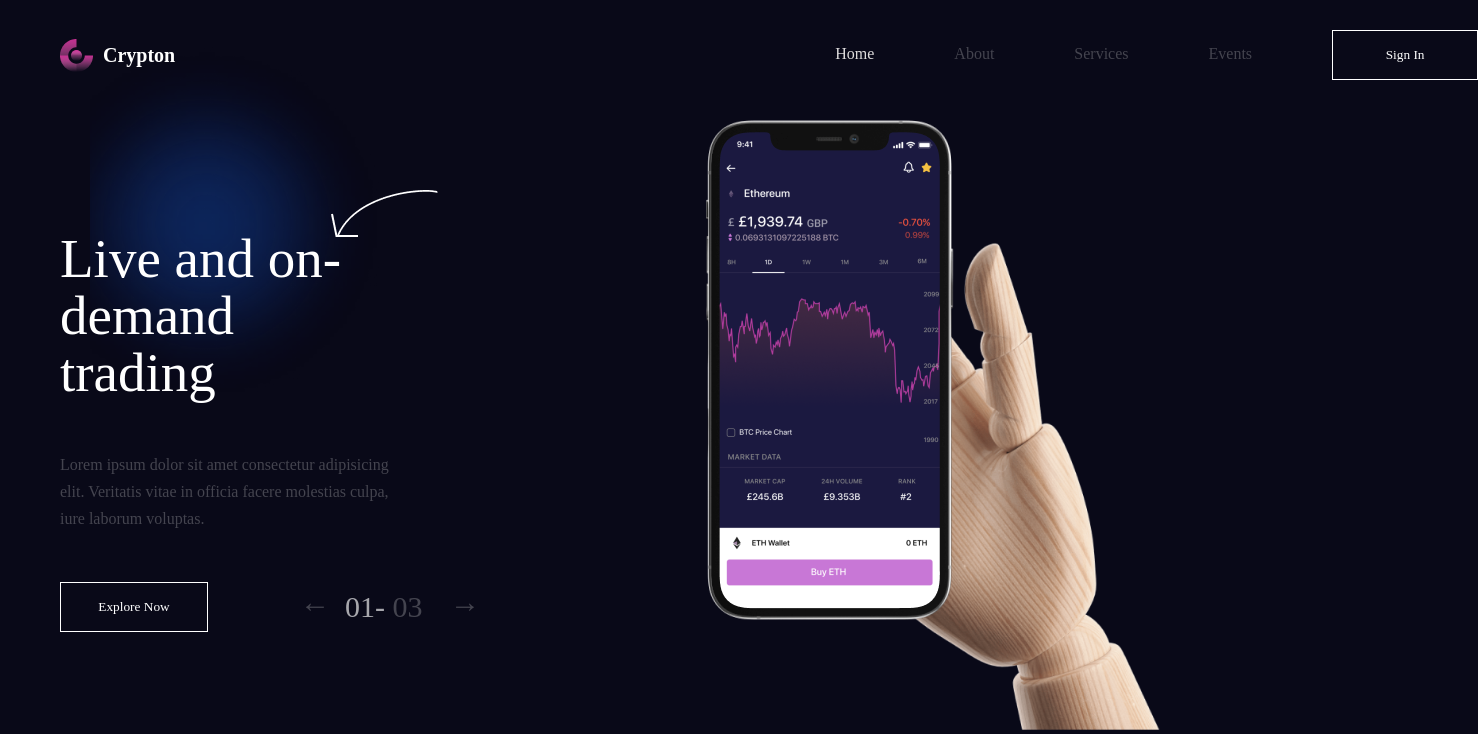
Repository: isaacCodes1/Crypton-Website
Page: index.html
These files come from the project's save history. The page is drawn as it stood at one moment and after a run of saves; the edit follows.
The browser window is 1280 px wide. The page is 1478 px wide, so the pictures cover 1478 px, including what lies to the right of the window. The pictures show the whole page.

Above is the page before, as saved 2024-05-14 20:55:29.

After the next 3 saves:
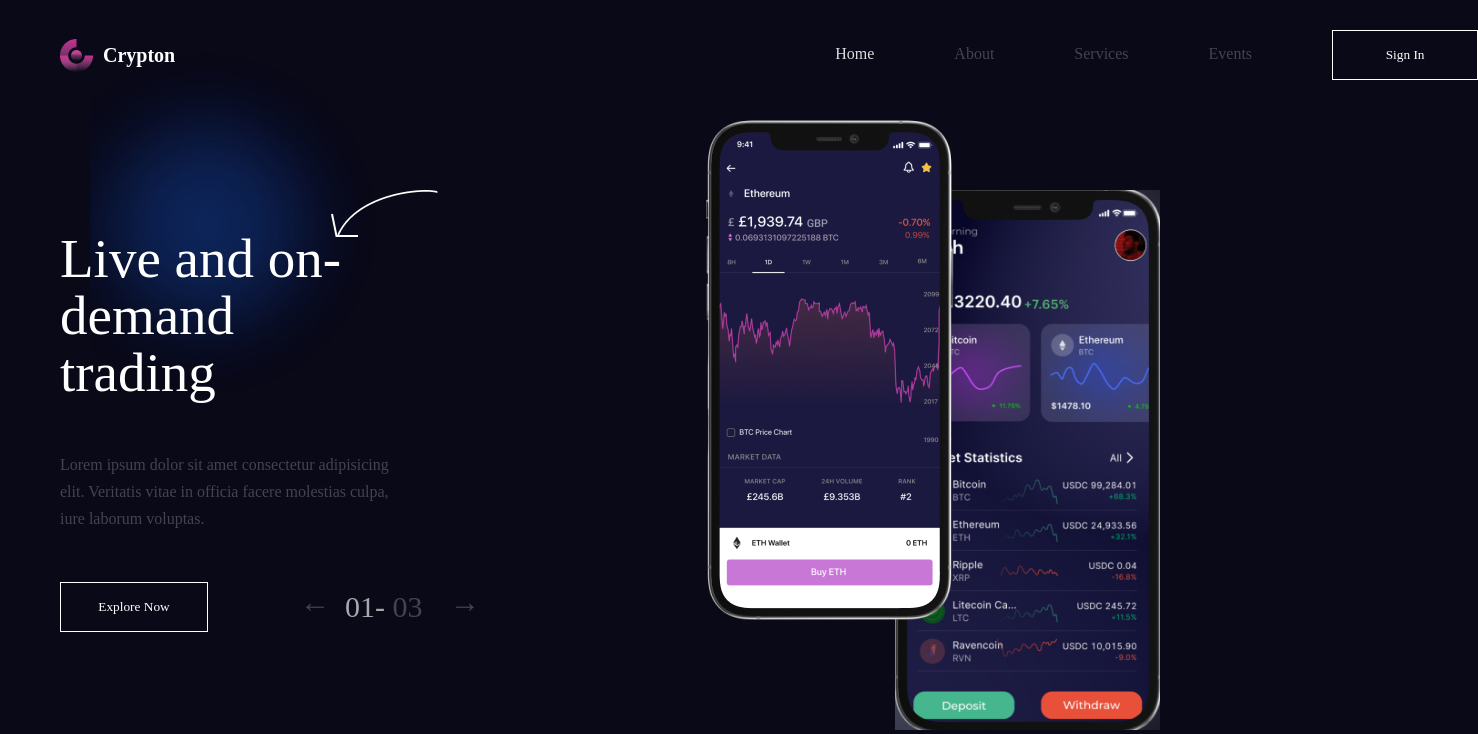
The 3 saves are shown as one change because they came seconds apart.
The last was saved 3 min 34 s later.
--- a/index.html
+++ b/index.html
@@ -44,7 +44,7 @@
         <div class="woodenHand">
           <img class="wood" src="/Assets/iPhone 12 Pro (Wooden Hands).png
           " alt="">
-          <img class="hand" src="/Assets/Hand.png" alt="">
+          <img class="hand" src="/Assets/rabat.png" alt="">
         </div>
       </div>
     </section>

After the save that followed:
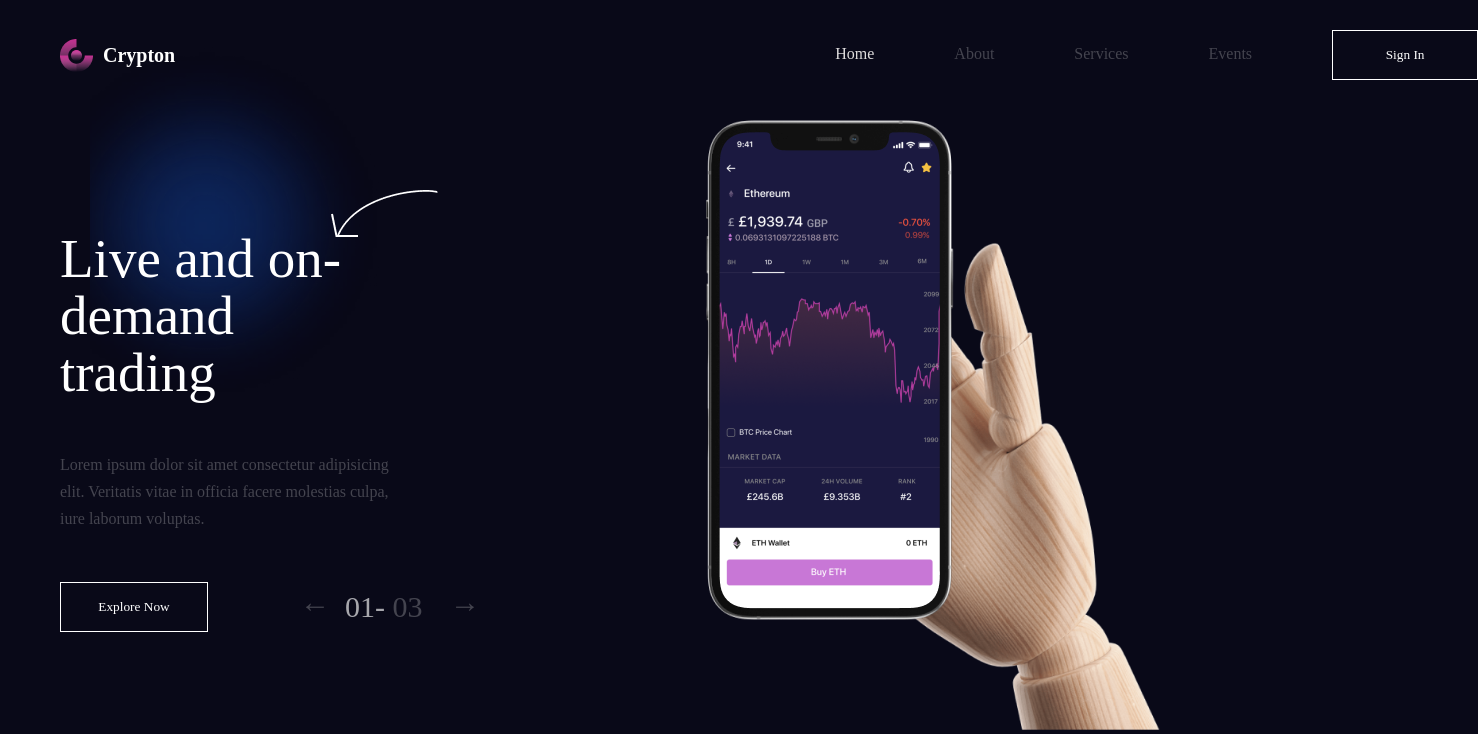
Saved 6 s later.
--- a/index.html
+++ b/index.html
@@ -44,7 +44,7 @@
         <div class="woodenHand">
           <img class="wood" src="/Assets/iPhone 12 Pro (Wooden Hands).png
           " alt="">
-          <img class="hand" src="/Assets/rabat.png" alt="">
+          <img class="hand" src="/Assets/Hand.png" alt="">
         </div>
       </div>
     </section>
